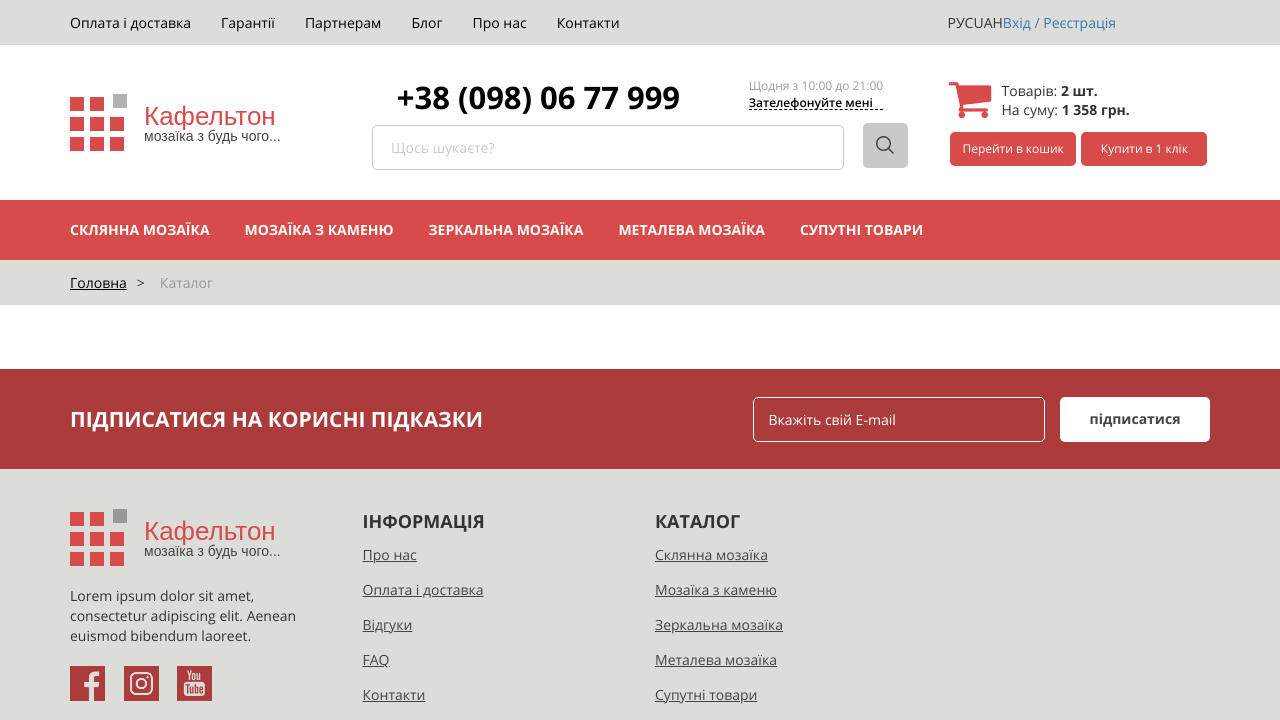
Repository: zellenka/mozaika
Page: app/index.html
These files come from the project's save history. The page is drawn as it stood at one moment and after the next save; the edit follows.
The browser window is 1280 px wide. The pictures show the whole page.
Some web fonts or font styles are not loaded; a fallback is used. The style sheet was rebuilt from its Sass, Less or Tailwind sources for each picture, by a compiler version that may differ from the author's.

Above is the page before, as saved 2018-07-13 16:25:18.
Console error (its wording comes from the project's code and is left out).

After the next save:
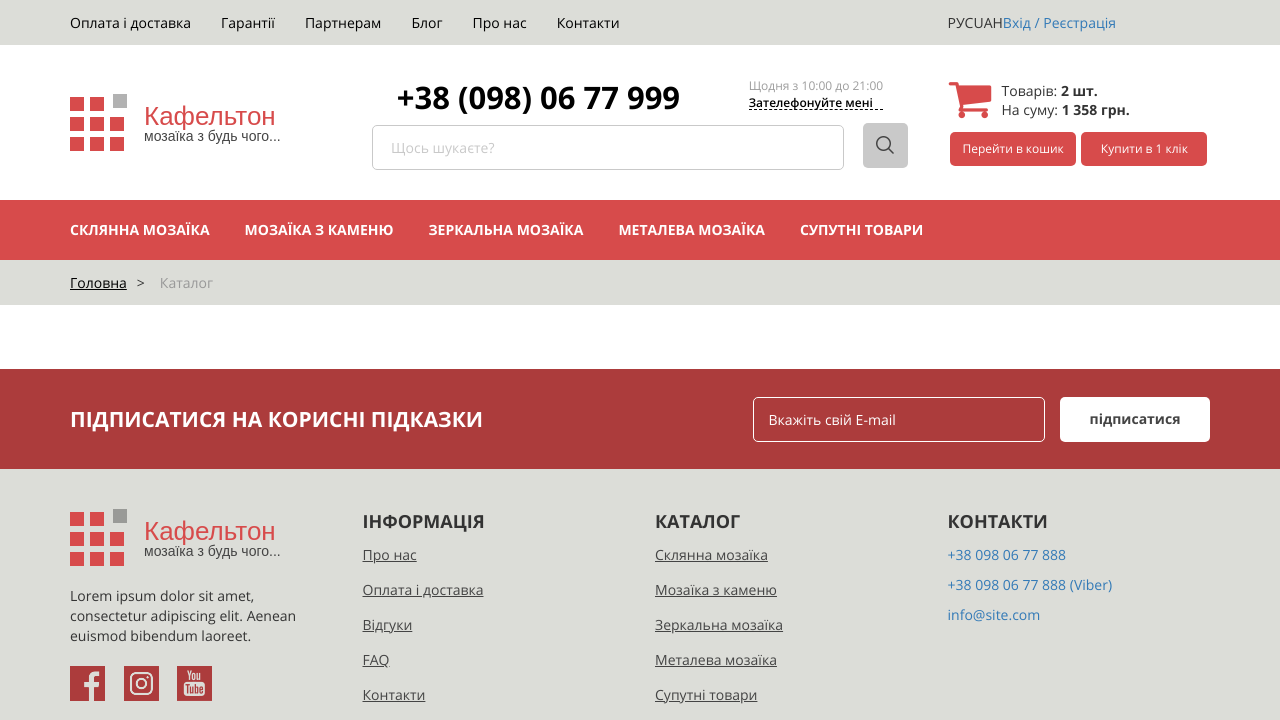
Saved 2 min 44 s later.
--- a/app/index.html
+++ b/app/index.html
@@ -163,18 +163,16 @@
 							<li class="footer-block__information-menu-item"><a href="/">Супутні товари</a></li>
 						</ul>
 				</div>
+				<div class="col-md-3 footer-block__information-contacts">
+						<p class="footer-block__information-text">КОНТАКТИ</p>
+						<p><a href="tel:+380980677888">+38 098 06 77 888</a></p>
+						<p><a href="tel:+380980677888">+38 098 06 77 888  (Viber)</a></p>
+						<p><a href="mailto:info@site.com">info@site.com</a></p>
+				</div>
+			</div>
 
 
 
-
-
-
-
-
-
-
-				<div class="col-md-3"></div>
-			</div>
 		</div>
 	</footer>
 
